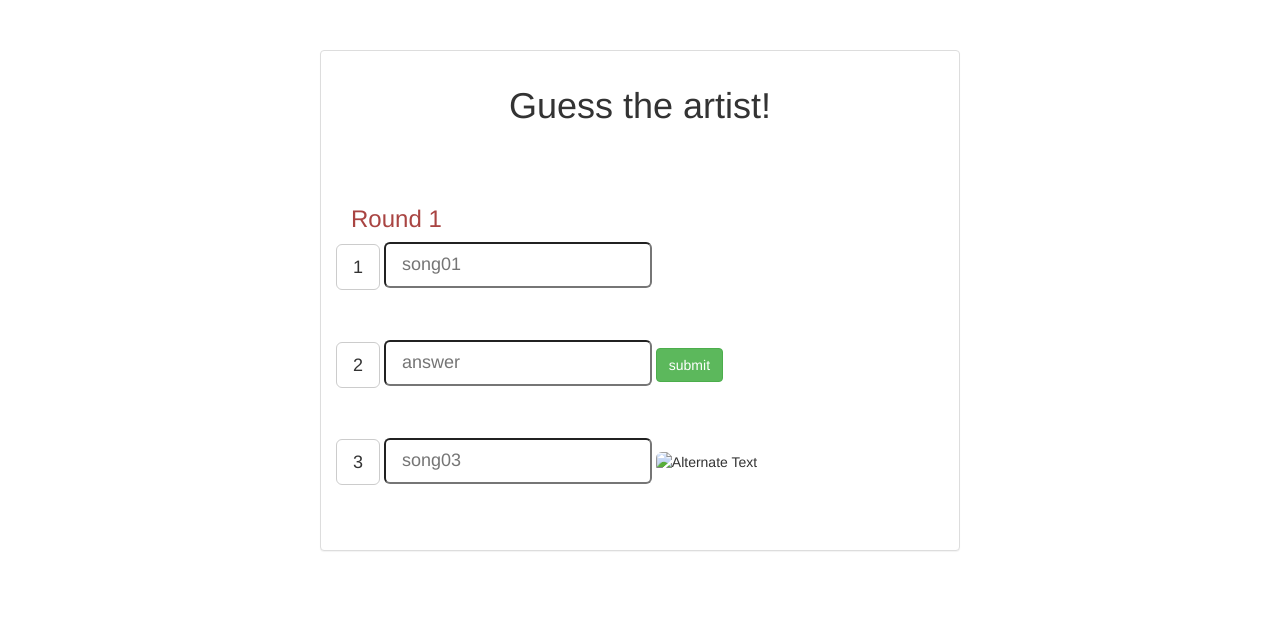
Repository: VladLevishevGIT/MyProjects
Page: Java/GuessTheArtistQuizWeb/WebContent/GuessTheArtist.html
These files come from the project's save history. The page is drawn as it stood at one moment and after the next save; the edit follows.
The browser window is 1280 px wide. The pictures show the whole page.
The page's requests for data from a server got no answer.

Above is the page before, as saved 2017-03-02 14:33:27.

After the next save:
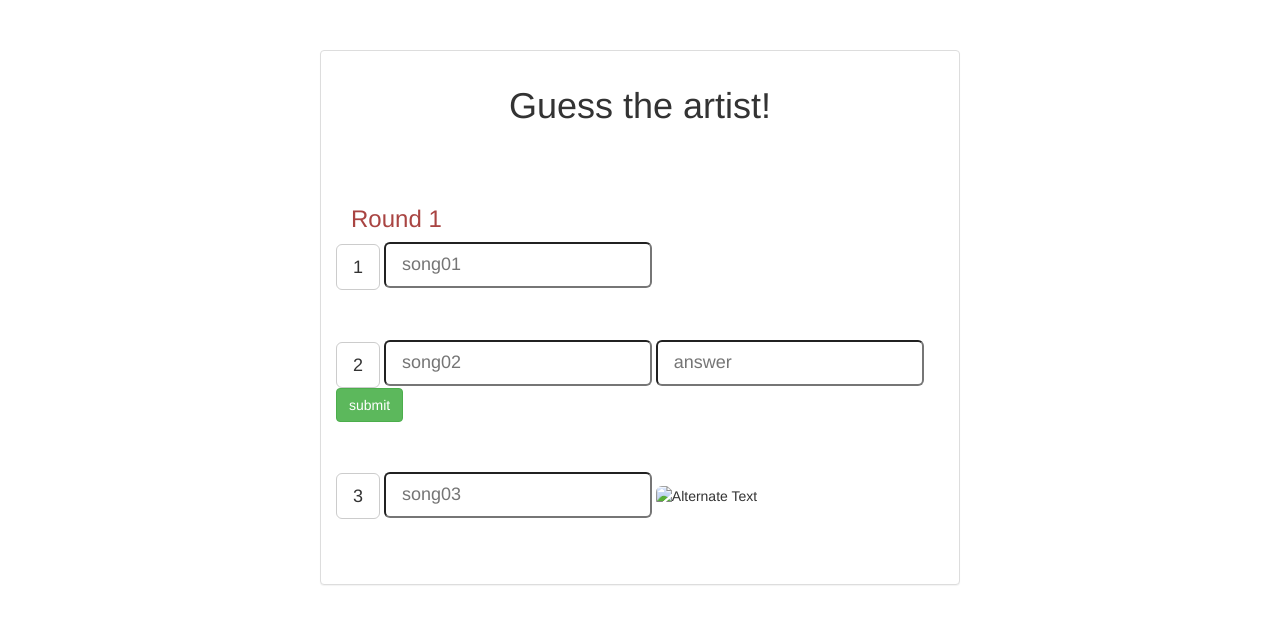
Saved 16 min 4 s later.
--- a/Java/GuessTheArtistQuizWeb/WebContent/GuessTheArtist.html
+++ b/Java/GuessTheArtistQuizWeb/WebContent/GuessTheArtist.html
@@ -26,9 +26,7 @@
                     <div style="height:50px"></div>
                     <div class="row">
                         <button type="button" class="btn btn-lg btn-default">2</button>
-                        <div ng-show="false">
                         <input type="text" name="song02" value="{{round.secondSong}}" class="input-lg" placeholder="song02"/>
-                        </div>
                         <input type="text" name="answer" value="" class="input-lg" placeholder="answer" ng-model="inputValue"/>
                         <button class="btn btn-success">submit</button>
                     </div>
